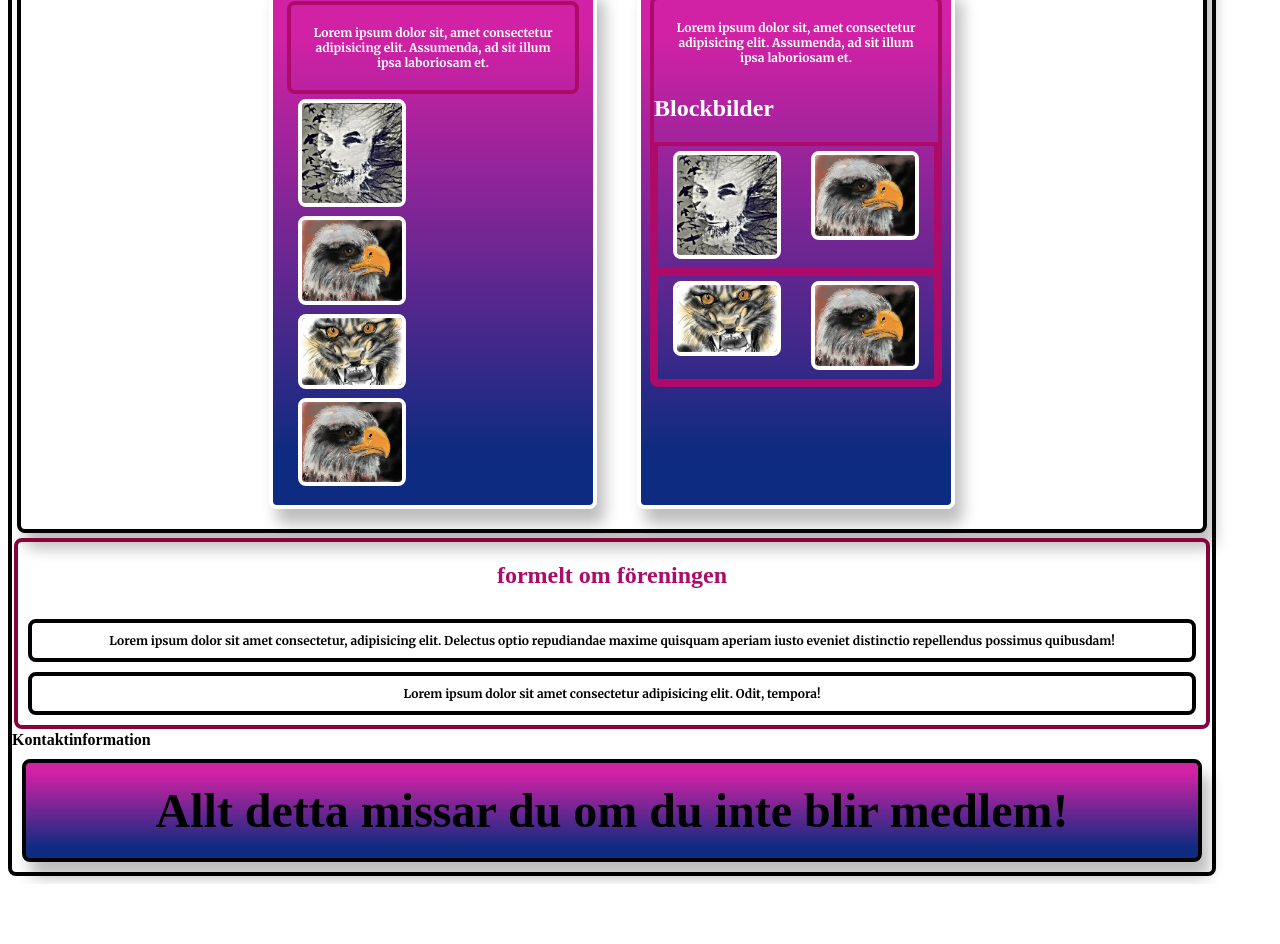
Repository: Webutveckling-20-21/lektion-3-CSS
Page: medlemssidan.html
The author's editor kept a copy of each file at every save. The page is drawn from the files as they stood at one save, then again after the next save.
The browser window is 1280 px wide. The pictures show the part of the page from y = 183 to 1135 px (the page is 1127 px tall before and 1135 px after).
A picture or video elsewhere on the page could not be fetched, so the positions and the page height are approximate. Some web fonts or font styles are not loaded; a fallback is used.

Above is the page before, as saved 2021-10-07 13:41:31.

After the next save:
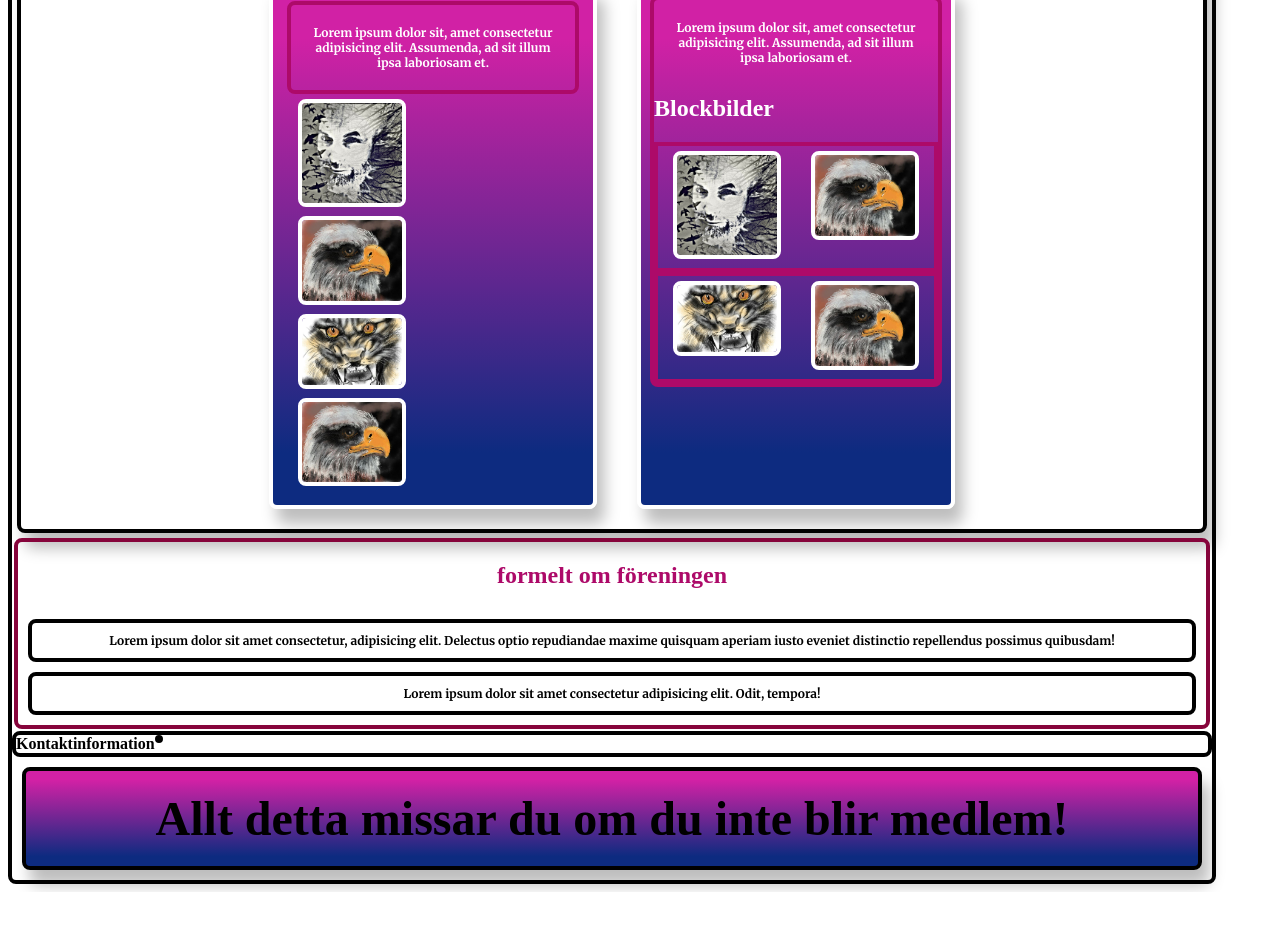
Saved 55 s later.
--- a/style4.css
+++ b/style4.css
@@ -237,7 +237,7 @@ h3 {
     /* padding: 20px; */
     text-align: center;
 }
-.contacts {
+.contact {
     display:flex;
     border:4px solid black;
     border-radius:8px;
